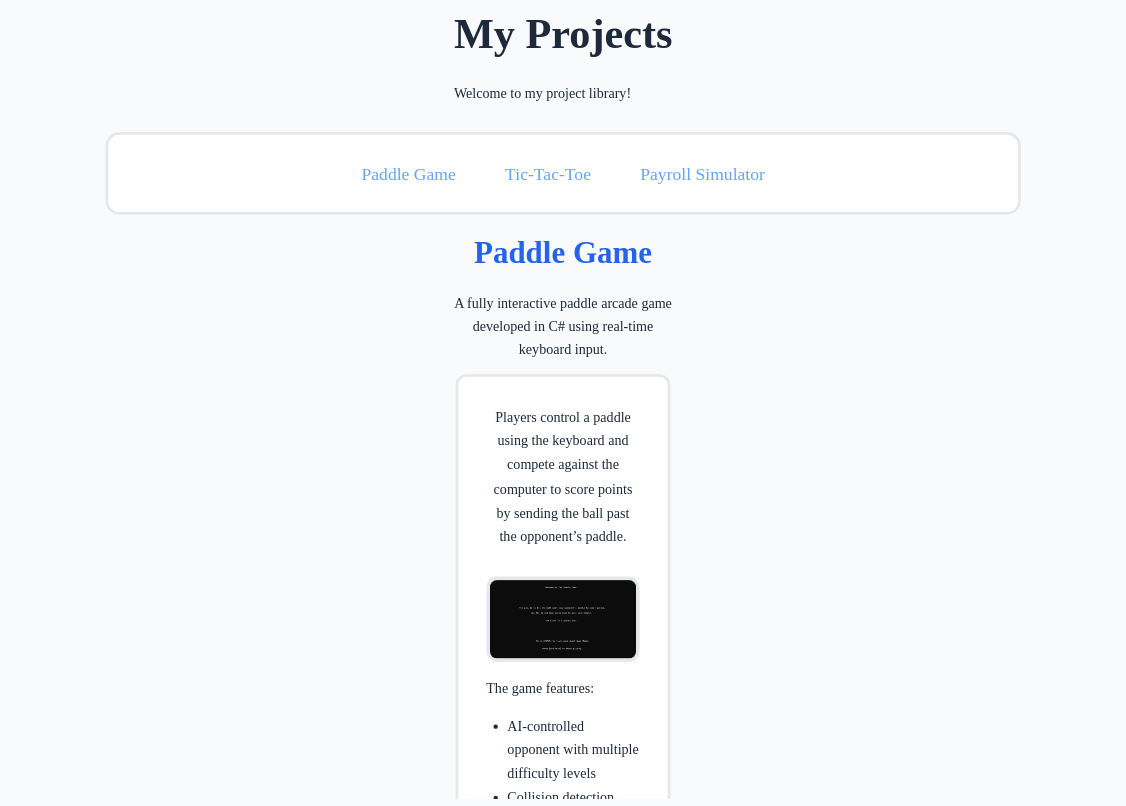
Repository: alison-cunningham/alison-cunningham
Page: pages/main-projects-page.html
An editor plug-in stored every save of this project. The page is shown before and after the next save, followed by the edit.
The browser window is 1280 px wide. The pictures show the whole page, at 88% of full size.
Some web fonts or font styles are not loaded; a fallback is used.

Above is the page before, as saved 2026-05-12 20:41:22.

### pages/main-projects-page.html
<!DOCTYPE html>
<html lang="en">
<head>
    <meta charset="UTF-8" />
    <title>Project - Paddle Game</title>
    <meta name="viewport" content="width=device-width, initial-scale=1.0">
    <link rel="stylesheet" href="../styles/pages.css"/>
    <link rel="stylesheet" href="../styles/globals.css"/>
</head>
<body>
<header>
    <h1>My Projects</h1>
    <p>
        Welcome to my project library!
        <br>
    </p>
</header>

<nav>
    <a href="./paddle-game.html" target="myframe">
        Paddle Game
    </a>
    <a href="./tic-tac-toe.html" target="myframe">
        Tic-Tac-Toe
    </a>
    <a href="./payroll-simulator.html" target="myframe">
        Payroll Simulator
    </a>
</nav>
<section class="mainview">
    <iframe src="./paddle-game.html" name="myframe"></iframe>
</section>

</body>


</html>

### styles/pages.css
body{
    display: flex;
    flex-direction: column;
    align-items: center;

    margin: 0 auto;
    padding: 0 1.5rem;

}

.main-header{
    display: grid;
    text-align: center;

    font-size: 1.2rem;
}

.main-header h2{
    font-size: 3rem;

    margin-bottom: 0.5rem;

    color: #0f172a;
    letter-spacing: -0.05rem;
}

.main-header p{
    margin-top: 0;

    font-size: 1.2rem;
    color: #64748b;
}

.project-header{
    display: grid;
    justify-content: center;
    text-align: center;

}

.project-header h1{
    margin-bottom: 0;

    font-size: 2.2rem;

    color: #2563eb;
}

nav{
    width: 100%;
    margin: 1rem auto;
    padding: .75rem;

    background-color: #ffffff;
    border: .2rem solid #e5e7eb;
    border-radius: 1rem;

    display: flex;
    justify-content: center;
    gap: 1rem;
    flex-wrap: wrap;

}

nav a{

    color: #60a5fa;
    padding: .5rem .5rem;
    border-radius: .75rem;

    font-size: 1.1rem;

    transition:
        background-color 0.3s ease,
        color 0.3s ease,
        transform 0.3s ease;
}

nav a:hover{
    background-color: #34d399;
    color: white;
}

img{
    display: block;
    max-width: 100%;
    margin: 1rem auto;
    border: .3rem solid #e5e7eb;
    border-radius: .75rem;

    transition: transform 0.3s ease;
}

img:hover{
    transform: scale(1.09);
}

.project-description{
    max-width: 97%;

    margin: 0 auto 2rem;
    padding: 2rem;

    background-color: #ffffff;
    border: .2rem solid #e5e7eb;
    border-radius: .75rem;

    line-height: 1.7;
}

.project-description ul{
    margin-top: 1rem;
    margin-bottom: 1rem;
    padding-left: 1.5rem;
}

.project-link{
    display: block;
    width: fit-content;

    margin: 0 auto 3rem;
    padding: .75rem;

    background-color: #60a5fa;
    color: white;

    text-decoration: none;

    border-radius: .5rem;

    transition: background-color 0.3s ease;
    transition: transform 0.2s ease;
}

.project-link:hover{
    background-color: #34d399;
}

summary{
    text-align: center;
    margin-bottom: 2rem;
}

.learned{
    line-height: 2rem;
    background-color: #e5e7eb;
    padding: 0.3rem 1.5rem 1rem;
    margin: 0.2rem;
    border-radius: 0.75rem;
}

.payroll-breakdown{
    line-height: 1.4rem;
}

iframe{
    width: 100%;
    min-height: 80vh;
    border: 0;
}

@media (min-width: 768px){
    .main-header{
        padding-top: 1rem;
    }

    .main-header h2{
        font-size: 3.5rem;
    }

        nav{
        gap: 1.5rem;
        padding: 1rem;
    }

    nav a{
        font-size: 1.2rem;
        padding: 0.75rem 1rem;
    }

    .project-description{
        max-width: 90%;
        padding: 2.5rem;
    }

    img{
        max-width: 85%;
    }

    .project-header h1{
        font-size: 2.8rem;
    }

    .learned{
        padding: 1rem 2rem;
    }
}

@media (min-width: 1000px){
     .main-header h2{
        font-size: 4.5rem;
    }

    .main-header p{
        font-size: 1.35rem;
    }

    nav{
        max-width: 65rem;
    }

    nav a{
        font-size: 1.25rem;
    }

    .project-description{
        max-width: 75%;
        font-size: 1.05rem;
    }

    img{
        max-width: 70%;
    }

    .project-header h1{
        font-size: 3.2rem;
    }

    iframe{
        min-height: 90vh;
    }
}

### styles/globals.css
@font-face{
    font-family: 'Radio-Canada';
    src: url('../assets/fonts/Radio_Canada/RadioCanada-VariableFont_wdth\,wght.ttf')
}

*{
    box-sizing: border-box;
}

body{
    font-family: 'Radio-Canada';

    background-color: #f8fafc;
    color: #1e293b;

    line-height: 1.6;
    font-size: 1rem;

    margin: 0;
    overflow-x: hidden;
}


a{
    text-decoration: none;
    color: inherit;
}

h3{
    font-size: 1.4rem;
    margin-bottom: 1rem;
    color: #0f172a;
}

.page-header{

    font-size: 1.3rem;
    width: 100%;
    padding: 1rem 0;

    background-color: #ffffff;
    border-bottom: .2rem solid #e5e7eb85;

    display: flex;
    flex-direction: column;
    align-items: center;
    justify-content: center;
    text-align: center;


}

header h1{
    font-size: 3rem;
    margin: 0;
}

.nav-bar{
    display: flex;
    gap: 2rem;

    width: 100%;
    max-width: 100%;

    overflow-x: auto;

    padding: 0.5rem 1rem;
    margin: 0;

    font-size: 1.5rem;
}

.nav-bar::-webkit-scrollbar{
    height: 0.45rem;
}

.nav-bar::-webkit-scrollbar-track{
    background: #e5e7eb;
    border-radius: 999rem;
}

.nav-bar::-webkit-scrollbar-thumb{
    background: #34d399;
    border-radius: 999rem;
}

.hover-text{
    color: #60a5fa;
    position: relative;
}

.hover-text:hover{
    color: #34d399;
}

.hover-text::after{
    content:"";
    position: absolute;
    left: 0;
    bottom: -2px;

    width: 0%;
    height: 2px;
    background: #34d399;
    transition: width 0.6s ease;

}

.hover-text:hover::after {
    width: 100%;
}

### pages/paddle-game.html
<!DOCTYPE html>
<html lang="en">
<head>
    <meta charset="UTF-8" />
    <title>Project - Paddle Game</title>
    <meta name="viewport" content="width=device-width, initial-scale=1.0">
    <link rel="stylesheet" href="../styles/globals.css"/>
    <link rel="stylesheet" href="../styles/pages.css">
</head>
<body>
    <header class="project-header">
        <h1>Paddle Game</h1>
        <p>
            A fully interactive paddle arcade game developed in C# using real-time keyboard input.
        </p>
    </header>

    <section class="project-description">
        <summary>
            Players control a paddle using the keyboard and compete against the computer to score points by sending the ball past the opponent’s paddle.
        </summary>

        <img src="../assets/images/paddle-game-screenshot-2.png" alt="Screenshot from Paddle Game gameplay">

        The game features:
        <ul>
            <li>AI-controlled opponent with multiple difficulty levels</li>
            <li>Collision detection</li>
            <li>Score tracking</li>
            <li>Randomized gameplay modifiers that change the mechanics after each round</li>
        </ul>


        To make gameplay more dynamic and unpredictable, special game modes such as Ghost Ball, Fast Ball, Curve Ball, Drunk Paddle, and Small Paddle are randomly activated throughout the match.
    </section>

    <section class="learned">

        <h3>What I learned:</h3>
        <p>This project introduced and strengthened my understanding of core game development concepts including game loops, object movement, simple AI behavior, collision handling, frame synchronization, and state management within a console application environment.</p>

    </section>

    <br>

    <a class="project-link"
        href="https://github.com/alison-cunningham/PaddleGame-2D-Collision-Simulation.git"
        target="_blank">
        View GitHub Repo
    </a>

</body>

</html>

After the next save:
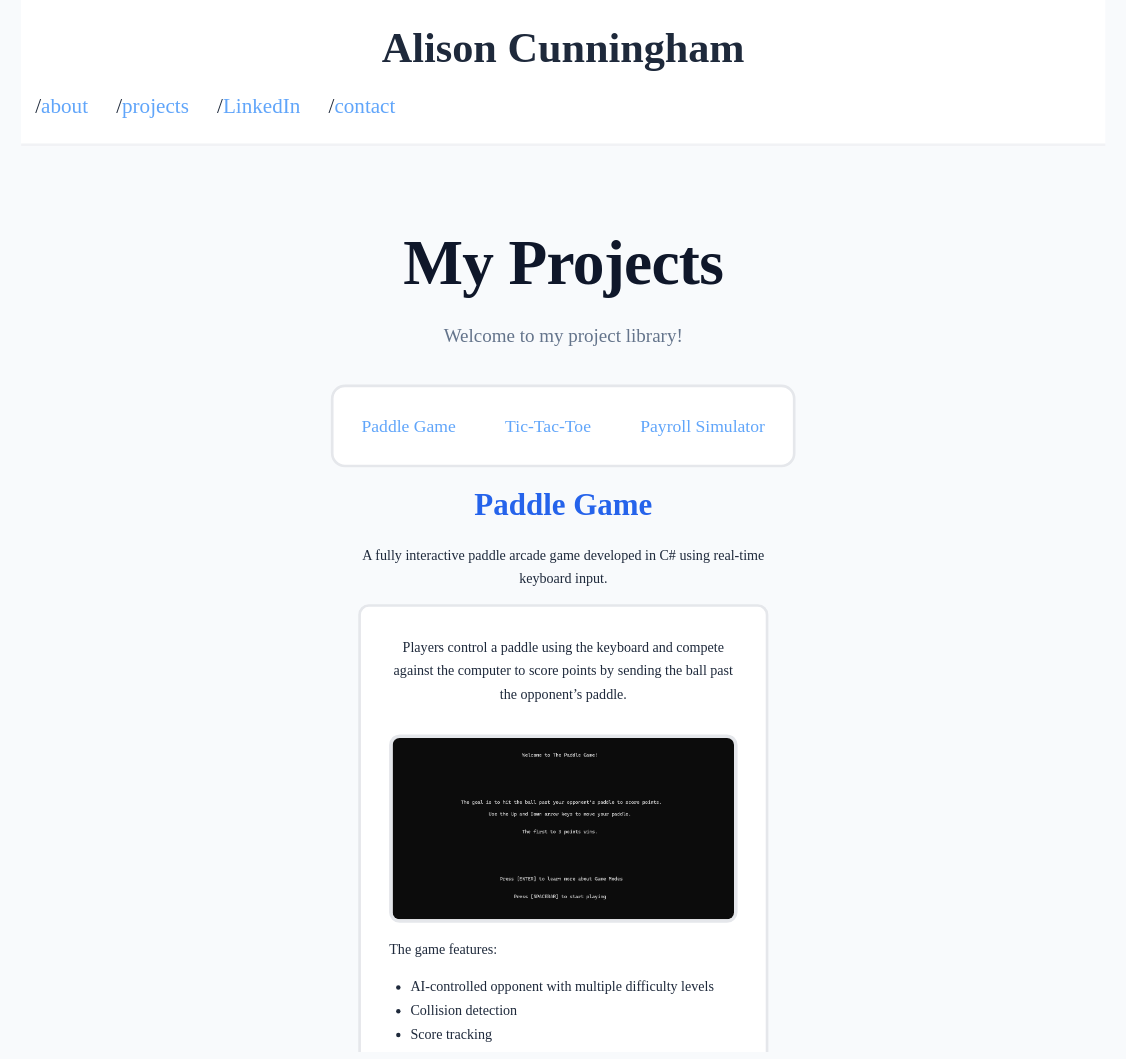
Saved 2 min 52 s later.
--- a/pages/main-projects-page.html
+++ b/pages/main-projects-page.html
@@ -8,28 +8,45 @@
     <link rel="stylesheet" href="../styles/globals.css"/>
 </head>
 <body>
-<header>
-    <h1>My Projects</h1>
-    <p>
-        Welcome to my project library!
-        <br>
-    </p>
-</header>
 
-<nav>
-    <a href="./paddle-game.html" target="myframe">
-        Paddle Game
-    </a>
-    <a href="./tic-tac-toe.html" target="myframe">
-        Tic-Tac-Toe
-    </a>
-    <a href="./payroll-simulator.html" target="myframe">
-        Payroll Simulator
-    </a>
-</nav>
-<section class="mainview">
-    <iframe src="./paddle-game.html" name="myframe"></iframe>
-</section>
+    <header class="page-header">
+        <h1>Alison Cunningham</h1>
+        <div class="nav-bar">
+            <a href="../index.html">/<span class="hover-text">about</span></a>
+            <a href="./main-projects-page.html">/<span class="hover-text">projects</span></a>
+            <a href="https://www.linkedin.com/in/alison-c-427578b5">/<span class="hover-text">LinkedIn</span></a>
+            <a href="mailto:cunningham.alison.m@gmail.com">/<span class="hover-text">contact</span></a>
+        </div>
+    </header>
+
+    <section class="project-card">
+        <header class="main-header">
+        <h2>My Projects</h2>
+        <p>
+            Welcome to my project library!
+            <br>
+        </p>
+        </header>
+
+        <div class="project-layout">
+            <nav>
+            <a href="./paddle-game.html" target="myframe">
+            Paddle Game
+            </a>
+            <a href="./tic-tac-toe.html" target="myframe">
+            Tic-Tac-Toe
+            </a>
+            <a href="./payroll-simulator.html" target="myframe">
+            Payroll Simulator
+            </a>
+            </nav>
+
+            <section class="mainview">
+                <iframe src="./paddle-game.html" name="myframe"></iframe>
+            </section>
+        </div>
+
+    </section>
 
 </body>
 
